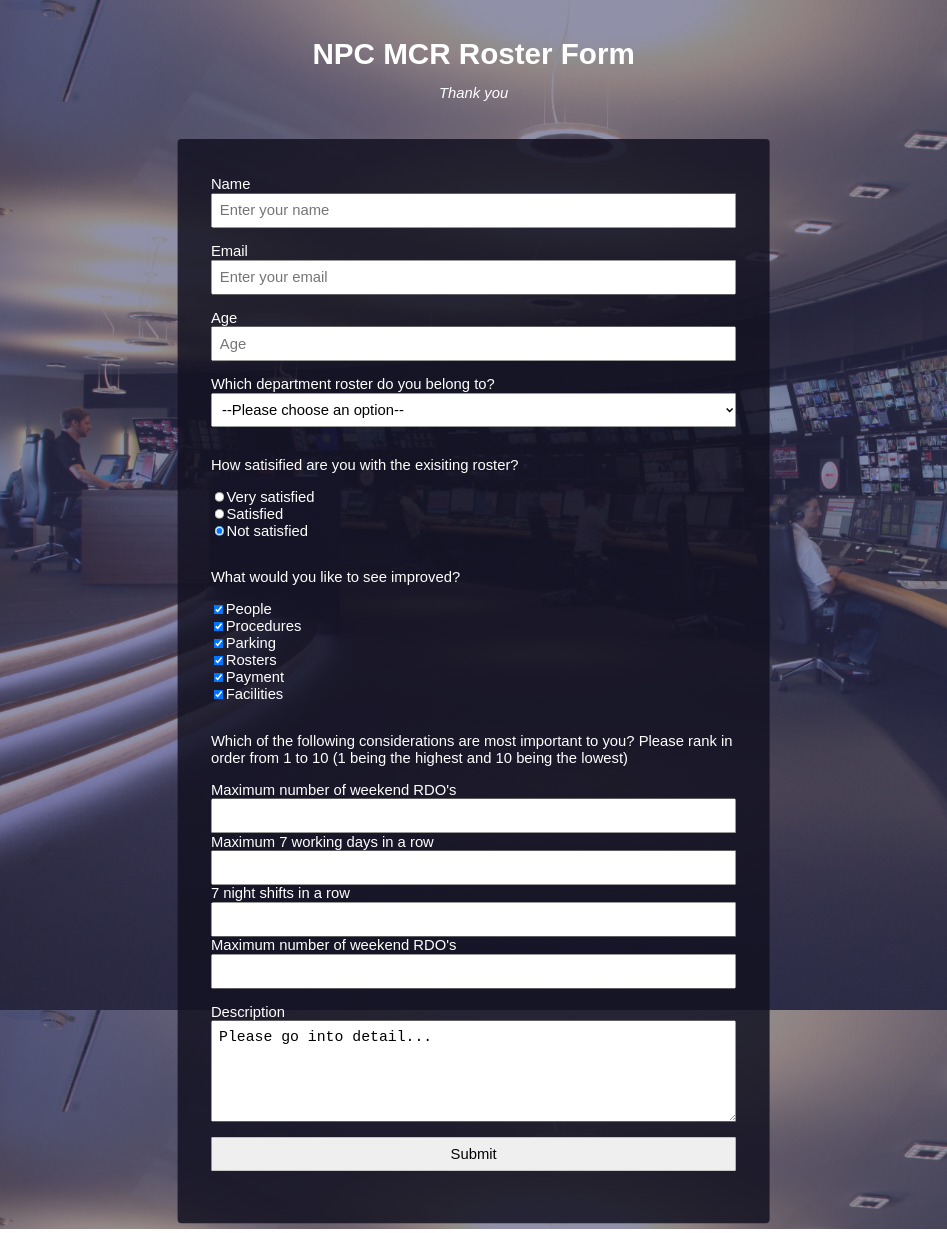
Repository: rvass/fcc-survey-form
Page: index.html
The author's editor kept a record of every edit. The page is drawn from the files as they stood at one moment, then again after the next edit.
The browser window is 1280 px wide. The pictures show the whole page, at 74% of full size.

Above is the page before.

### index.html
<!DOCTYPE html>
<html>
    <head>
        <title>NPC MCR Roster Form</title>
        <link rel="stylesheet" href="styles.css" type="text/css" />
    </head>
    <body>
        <header>
            <h1 id="title">NPC MCR Roster Form</h1>
            <p id="description">Thank you</p>
        </header>
        <form id="survey-form" action="mailto:rvass@npcmedia.com.au">
            <div>
                <label id="name-label" for="name">Name</label>
                <input type="text" placeholder="Enter your name" id="name">
            </div>
            <div>
                <label id="email-label" for="email">Email</label>
                <input type="email" placeholder="Enter your email" id="email">
            </div>

            <div>
                <label id="number-label" for="number">Age</label>
                <input type="number" min="10" max="100" placeholder="Age" id="number">
            </div>

            <div>
                <label for="dropdown">Which department roster do you belong to?</label>
                <select id="dropdown">
                    <option value="">--Please choose an option--</option>
                    <option value="MCR">MCR Team Lead</option>
                    <option value="MCR">MCR</option>
                    <option value="Pres">Presentation Supervisor</option>
                    <option value="MCR">Presentation</option>
                    <option value="Ingest">Ingest</option>
                    <option value="Engineering">Engineering</option>
                </select>
            </div>

            <div>
                <p>How satisified are you with the exisiting roster?</p>

                <label for="very-satisfied"><input type="radio" value="very-satisfied" id="very-satisfied" name="how-satisfied" checked/>Very satisfied</label>
                <label for="satisfied"><input type="radio" value="satisfied" id="satisfied" name="how-satisfied" checked/>Satisfied</label>
                <label for="not-satisfied"><input type="radio" value="not-satisfied" id="not-satisfied" name="how-satisfied" checked/>Not satisfied</label>
            </div>
            <div>
                <p>What would you like to see improved?</p>
                <label for="people"><input type="checkbox" id="people" value="people" name="improvements" checked/>People</label>
                <label for="procedures"><input type="checkbox" id="procedures" value="procedures"  name="improvements" checked/>Procedures</label>
                <label for="parking"><input type="checkbox" id="parking" value="parking" name="improvements" checked/>Parking</label>
                <label for="rosters"><input type="checkbox" id="rosters" value="rosters" name="improvements" checked/>Rosters</label>
                <label for="payment"><input type="checkbox" id="payment" value="payment" name="improvements" checked/>Payment</label>
                <label for="facilities"><input type="checkbox" id="facilities" value="facilities" name="improvements" checked/>Facilities</label>
            </div>

            <div>
                <p>Which of the following considerations are most important to you? Please rank in order from 1 to 10 (1 being the highest and 10 being the lowest)</p>

                <div class="considerations">
                    <label for="max-weekends">Maximum number of weekend RDO's</label>
                    <input type="number" name="priority" id="max-weekends">
                </div>
                <div class="considerations">
                    <label for="max-weekends">Maximum 7 working days in a row</label>
                    <input type="number" name="priority" id="max-weekends">
                </div>
                <div class="considerations">
                    <label for="max-weekends">7 night shifts in a row</label>
                    <input type="number" name="priority" id="max-weekends">
                </div>
                <div class="considerations">
                    <label for="max-weekends">Maximum number of weekend RDO's</label>
                    <input type="number" name="priority" id="max-weekends">
                </div>



            </div>

            <div>
                <label for="description">Description</label>
                <textarea id="description" name="description" rows="5" cols="33">Please go into detail...</textarea>
            </div>

            <div>
                <button type="submit" id="submit">Submit</button>
            </div>



        </form>
        <script type="text/javascript" src="https://cdn.freecodecamp.org/testable-projects-fcc/v1/bundle.js"></script>
    </body>
</html>

### styles.css
* {
    box-sizing: border-box;
}

html {
    color: white;
    font-family: arial;
    font-size: 20px;
}

body {
    background:
        linear-gradient(rgba(54, 53, 99, 0.55), rgba(54, 53, 99, 0.55)),
        url(background-image.jpg);
}

/*HEADER STYLES*/
header {
    text-align: center;
    margin: 50px 0;
}
header h1 {
    margin-bottom: 0px;
}
header p {
    font-style: italic;
}

/*FORM STYLES*/
#survey-form {
    background-color: black;
    background: linear-gradient(rgba(18, 17, 33, 0.85), rgba(18, 17, 33, 0.85));
    border-radius: 5px;
    display: flex;
    flex-direction: column;
    min-height: 100vh;
    margin: 0 auto;
    width: 800px;
    padding: 50px 45px;
}
#survey-form > div {
    display: flex;
    flex-direction: column;
    margin-bottom: 20px;
}
input, textarea, select, button {
    font-size: inherit;
    padding: 10px;
}


input[type=number] {
    width: 100%;
    /*font-size: 20px;*/

}

input[type=radio] {
    display: inline;
}

.considerations-wrapper {
    display: flex;
    /*flex-direction: column;*/
}

.considerations-wrapper > div {

}

After the next edit:
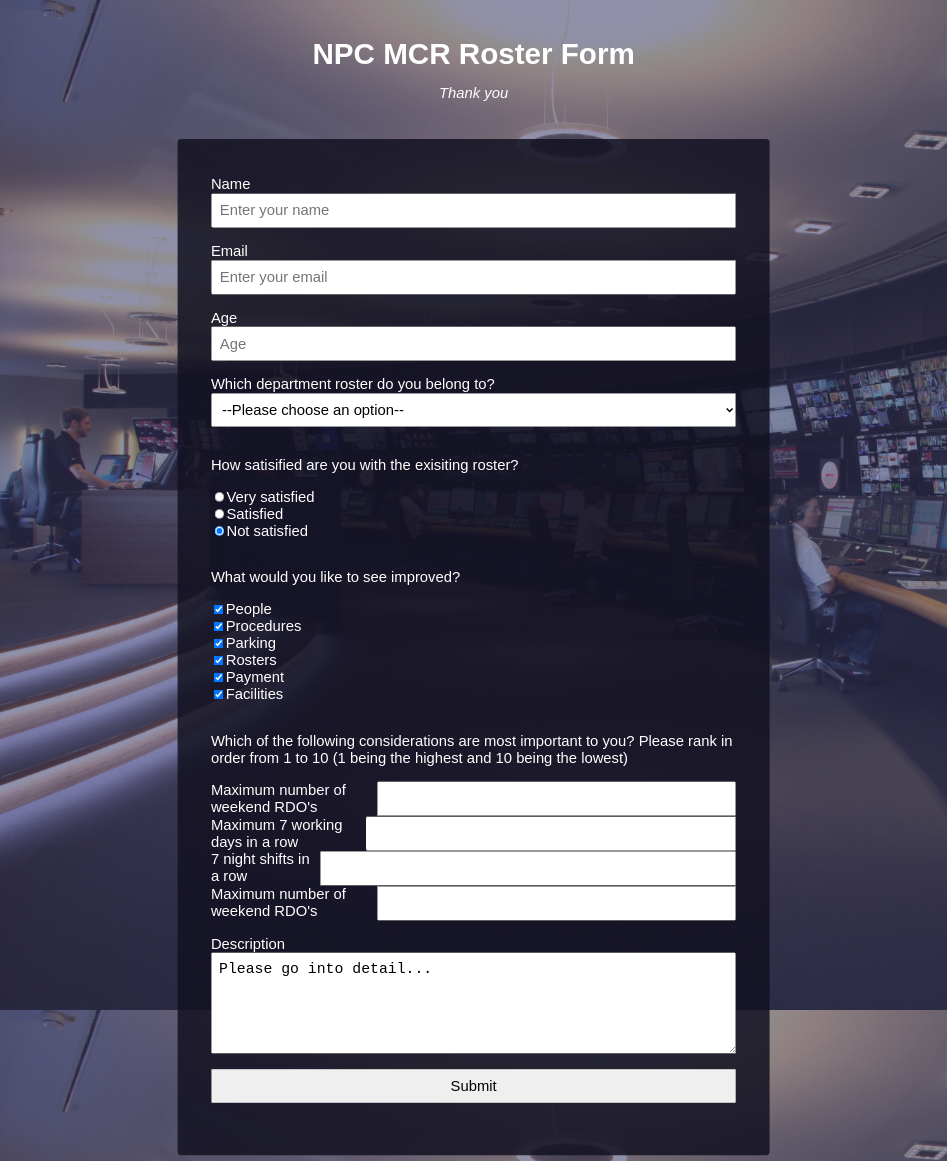
The edit:
--- a/styles.css
+++ b/styles.css
@@ -59,7 +59,7 @@
     display: inline;
 }
 
-.considerations-wrapper {
+.considerations {
     display: flex;
     /*flex-direction: column;*/
 }
